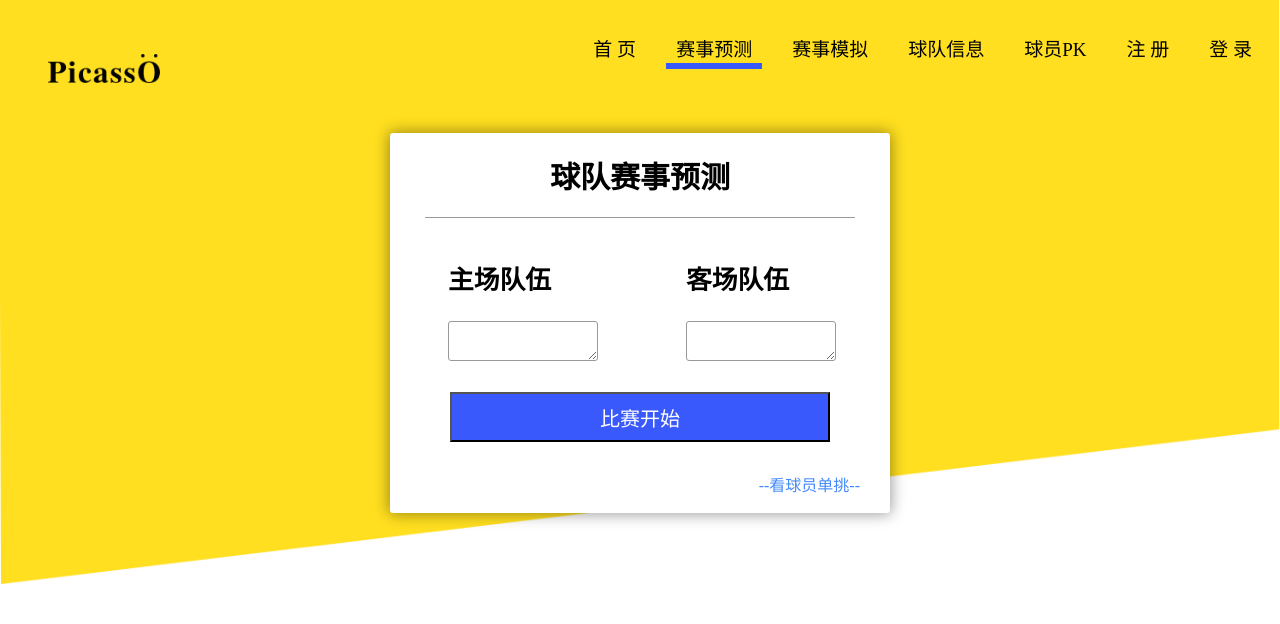
Repository: cciixx/nba-prediction-sys
Page: public/live_index.html
An editor plug-in stored every save of this project. The page is shown before and after the next save, followed by the edit.
The browser window is 1280 px wide. The pictures show the whole page.

Above is the page before, as saved 2020-04-03 21:45:40.

### public/live_index.html
<!doctype html>
<html>
<head>
<meta charset="utf-8">
<title>NBA预测系统-赛事预测</title>
    <link  href="css/navl.css" rel="stylesheet" type="text/css">
    <link  href="css/search.css" rel="stylesheet" type="text/css">
    <script src="JS/jquery-3.4.1.js"></script>
    <script src="JS/live_5V5.js"></script>
	<style>
		body{background-image: url(images/half_yellow.png);}
	</style>
</head>

<body>
    <div class="header">
        <ul class='navl'>
            <li><a href="login.html">登 录</a></li>
            <li><a href="register.html">注 册</a></li>
            <li><a href="PK_index.html">球员PK</a></li>
            <li><a href="team.html">球队信息</a></li>
            <li><a href="live_index.html">赛事模拟</a></li>
            <li style="border-bottom: 6px solid #3a59fd;"><a href="predict.html">赛事预测</a></li>
            <li><a href="first.html">首 页</a></li>
            <img src="images/logo.png">
        </ul></div>

    <div class="wrapper">
        <div class="bg">
            <h2 style="font-size: 30px;">球队赛事预测</h2>
            <div style="overflow: hidden;">
                <div class='box'><h3>主场队伍</h3><textarea id="home_p"></textarea></div>
                <div class='box'><h3>客场队伍</h3><textarea id="away_p"></textarea></div>
            </div>
            <div id="live_text"></div>
            <div style="text-align: center;"><input class="btn" type="submit" id="live" value="比赛开始"></div>
            <p><a href="1V1.html" style="text-decoration: none;font-size: 16px;color: #448aff;">--看球员单挑--</a></p>
        </div>
    </div>

</body>
</html>

### public/css/navl.css
/* CSS Document */
body{
	background-repeat: no-repeat;
	background-position: top;
	background-size: 100%, 100%;
	background-attachment: fixed;
}
.header{
    overflow: hidden;
}
.btn{
	background: #3a59fd;
	font-family: '方正小标宋简体';
	color: white;
}
.navl ul{
	margin: 30px;
	width: 600px;
	height: 300px;
	color: #030303;
	position: absolute;
	top: 10px;
}
.navl li{
		height: 29px;
		width: fit-content;
		margin: 10px;
		list-style: none;
		float: right;
}
.navl img{
	float: left;
	height: 29px;
}
.navl a{
	margin: 0px 10px;
	color:#030303;
	text-align: left;
	text-decoration: none;
	font-size: 19px;
}
.wrapper{
    width: 100%;
}

### public/css/search.css
/* CSS Document */
.bg{
	width: 500px;
	height: 380px;
	margin: 50px auto;
	font-size: 26px;
	background: white;
	border: 0 none;
    border-radius: 3px;
    box-shadow: 0 0 15px 1px rgba(0, 0, 0, 0.4);
    box-sizing: border-box;
}
.box{
    font-size: 22px;
    width: 40%;
    float: left;
    margin-left: 38px;
}
h2{
    font-size: 30px;
    text-align: center;
    border-bottom: 1px solid #999999;
    padding: 20px;
    margin: 35px;
    margin-bottom: 15px;
}
h3{
    margin-left: 20px;
}
textarea {
    font-size: 20px;
	height:40px;
	width:150px;
	margin-left:20px;
    border: 1px solid #999999;
    border-radius: 3px;
    box-sizing: border-box;
    color: #2C3E50;
}
input{
    font-size: 20px;
    width: 380px;
    height: 50px;
    text-align: center;
    margin-top: 25px;
}

img{
    height: 25px;
    float: right;
    margin-top: 30px;
    margin-right: 25px;
}
p{
    float: right;
    margin-right: 30px;
}

### public/JS/live_5V5.js
$('document').ready(function() {
    $('#pred').click(function(){
        var home_n = $("#home_n").val();
        var away_n = $("#away_n").val();
        $.ajax({
            type: "POST",
            url: "http://127.0.0.1:3000/live5V5",
            data:{"home":home_n,
                  "away":away_n},
            dataType: "json",
            success: function(data) {
                var live = data.live
                $("#live_text").text(live);
            }
        })
    })
})

Loaded but not shown: public/JS/jquery-3.4.1.js (library)

After the next save:
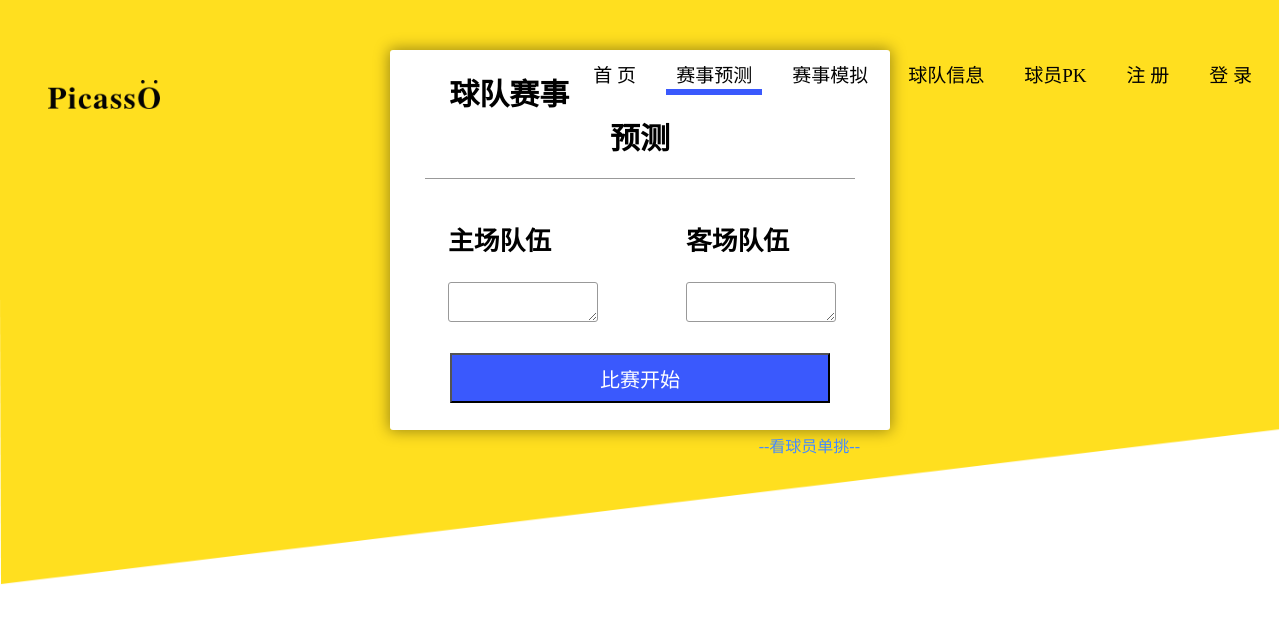
Saved 81 s later.
--- a/public/live_index.html
+++ b/public/live_index.html
@@ -13,7 +13,7 @@
 </head>
 
 <body>
-    <div class="header">
+    <div>
         <ul class='navl'>
             <li><a href="login.html">登 录</a></li>
             <li><a href="register.html">注 册</a></li>

After the save that followed:
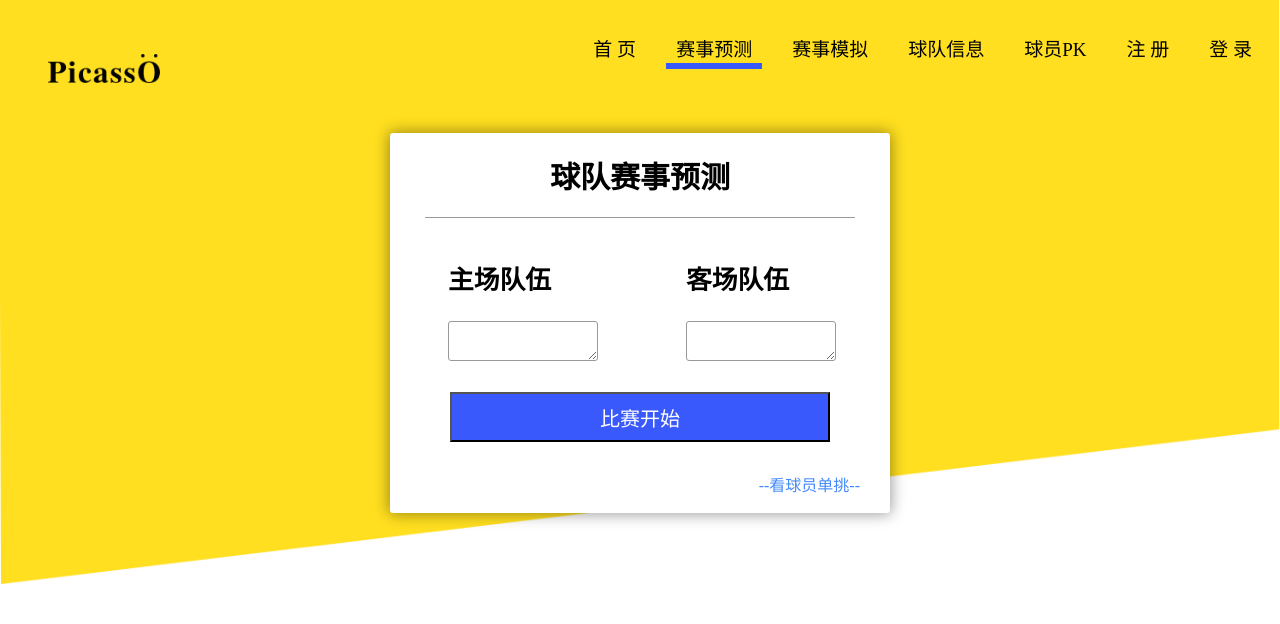
Saved 15 s later.
--- a/public/live_index.html
+++ b/public/live_index.html
@@ -13,7 +13,7 @@
 </head>
 
 <body>
-    <div>
+    <div class="header">
         <ul class='navl'>
             <li><a href="login.html">登 录</a></li>
             <li><a href="register.html">注 册</a></li>
